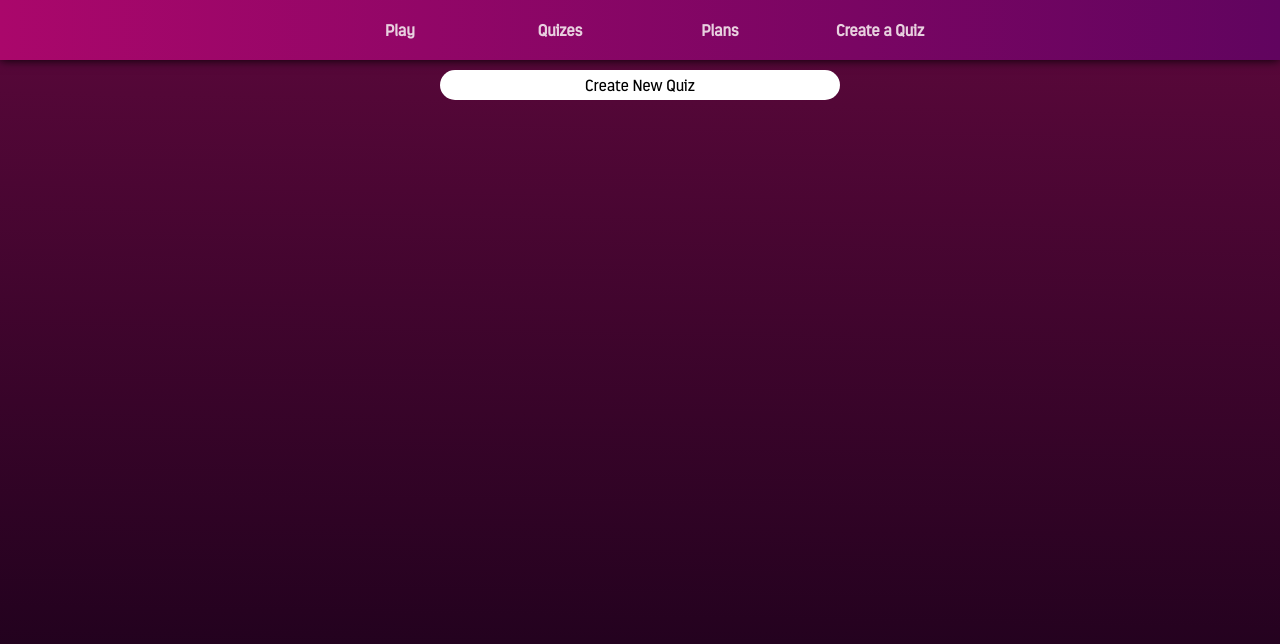
Repository: YoanDimitrov97/quiz-project
Page: /my_quiz (app in quiz_frontend/)
These files come from the project's save history. The page is drawn as it stood at one moment and after the next save; the edit follows.
The browser window is 1280 px wide. The pictures show the whole page.
The project was rebuilt for these pictures with package versions that can differ from the ones it lists, and the page was loaded fresh each time. Also part of the build but not shown: quiz_frontend/src/components/Index/Login.vue, quiz_frontend/src/components/Index/ProfileNav.vue, quiz_frontend/src/components/CreateQuiz/NewQuizQuestion.vue, quiz_frontend/src/components/CreateQuiz.vue, quiz_frontend/src/components/Index/QuizBox.vue, quiz_frontend/src/components/Index/EnterCode.vue, quiz_frontend/src/components/Index.vue, quiz_frontend/src/components/MyQuiz/MyQuizBox.vue.

Above is the page before, as saved 2020-01-16 13:33:15.

### quiz_frontend/public/index.html
<!DOCTYPE html>
<html lang="en">
  <head>
    <meta charset="utf-8">
    <meta http-equiv="X-UA-Compatible" content="IE=edge">
    <meta name="viewport" content="width=device-width,initial-scale=1.0">
    <link rel="icon" href="<%= BASE_URL %>favicon.ico">
    <title>Index</title>
  </head>
  <body>
    <noscript>
      <strong>We're sorry but QuizProj doesn't work properly without JavaScript enabled. Please enable it to continue.</strong>
    </noscript>
    <div id="app"></div>
    <!-- built files will be auto injected -->
  </body>
</html>

### quiz_frontend/src/main.js
import Vue from 'vue'
import App from './App.vue'
import router from './router';
import axios from 'axios';

Vue.config.productionTip = false;
axios.defaults.withCredentials = true; // This remember which session is on User through axios !!

export const bus = new Vue();

new Vue({
  router,
  render: h => h(App),
}).$mount('#app')

### quiz_frontend/src/App.vue
<!-- CREATE QUIZ -->
<template>
  <div id="app">
    <router-view />
  </div>
</template>

<script>
export default {
  name: 'app',
}
</script>

<style lang="scss">
@font-face {
    font-family: Estandar;
    src: url("fonts/Estandar-Regular.ttf");
}

* {
  padding:0;
  margin:0;
  list-style:none;
  text-decoration:none;
  font-family:"Estandar";
  box-sizing:border-box;
}

body {
  overflow:hidden;
}

#app {
  min-height:100vh;
  height:100%;
  background: transparent linear-gradient(1deg, #1C011B 0%, #5D083C 100%) 0% 0% no-repeat padding-box;
}
</style>

### quiz_frontend/src/router.js
import Vue from 'vue'
import Router from 'vue-router'
import CreateQuiz from './components/CreateQuiz.vue'
import Index from './components/Index.vue'
import MyQuiz from './components/MyQuiz.vue'
// import Nav from './components/Nav.vue'

Vue.use(Router)

export default new Router({
    mode: 'history',
    routes: [
        {
            path:'/',
            component: Index
        },
        {
            path:'/my_quiz',
            component: MyQuiz
        },
        {
            path:'/create_quiz.html',
            component:CreateQuiz
        }
    ]
})

### quiz_frontend/src/components/MyQuiz.vue
<template>
    <div class="myQuiz_wrapper">
        <Nav />
        <div class="myQuiz_holder">
            <div class="create_quiz_btn"><p>Create New Quiz</p></div>
            <MyQuizBox :data=myData[data] v-bind:key=data  v-for="data in myData" />
        </div>
    </div>
</template>
<script>
import Nav from "./Nav.vue"
import MyQuizBox from "./MyQuiz/MyQuizBox.vue"
import Axios from 'axios'
import {bus} from "../main.js"
export default {
    name:"MyQuiz",
    components: {
        Nav, MyQuizBox
    },
    data() {
        return {
            userId:null,
            myData: []
        }
    },
    beforeUpdate() {
        bus.$on("userId", (data) => {
           this.userId = data
       })
        Axios.get("http://127.0.0.1:5000/quiz", {
            params: {
                createdBy:this.userId,
            }
        })
        .then(function (res) {
            for(let i = 0; i < res.data.length; i++){
                console.log(res.data[i])
                this.myData.push(res.data[i])
                console.log(this.myData)
            }
        })
        .catch(function (error) {
            console.log(error);
        });
    }
}
</script>
<style lang="scss">
.myQuiz_holder {
    width:70%;
    margin: 0 auto;
    display:grid;
    justify-content:center;
    padding-top:10px;

    .create_quiz_btn {
        width:400px;
        background:#fff;
        border-radius:25px;
        height:30px;
        display:grid;
        align-content:center;
        justify-content:center;
    }
}
</style>

### quiz_frontend/src/components/Nav.vue
<template>
    <div>
        <div class="header">
            <ul class="nav">
                <li><a href="#">Play</a></li>
                <li><a href="#">Quizes</a></li>
                <li><a href="#">Plans</a></li>
                <li><a href="create_quiz.html">Create a Quiz</a></li>
            </ul>
            <ul class="nav_login" v-show="showLogin">
                <div v-if="!isLoggedIn" class="login_section">
                    <li><a v-on:click.prevent="signIn" href="">Login</a></li>
                    <li><a href="">Sign Up</a></li>
                </div>
                <div v-else class="profile_section">
                    <p>Welcome, {{ userName }}</p>
                    <img v-bind:class="[rotateArrow ? 'rotateArrowUp' : 'rotateArrowDown']" v-on:click="openProfileNav" src="~@/assets/images/metro-chevron-thin-down.svg" alt="">
                </div>
            </ul>
        </div>
        <Login v-if="isClicked" @hideLogin="hideLogin" v-bind:isClicked="isClicked" />
        <ProfileNav v-if="profileNavClicked" @logout="logout"/>
    </div>
</template>

<script>
import axios from 'axios';
import Login from './Index/Login.vue';
import ProfileNav from './Index/ProfileNav.vue';
import {bus} from "./../main.js"

export default {
    name: 'Nav',
    components: {
        Login,
        ProfileNav
    },
    data () {
        return {
            profileNavClicked: false,
            showLogin: false,
            isClicked: false,
            isLoggedIn: false,
            rotateArrow: true,
            userName: null,
            userId: null,
        }
    },
    beforeCreate() {
        axios.get(process.env.VUE_APP_URL)
            .then(res => {
                this.showLogin = true;
                this.isLoggedIn = res.data.isLoggedIn;
                this.userName = res.data.userName;
                this.userId = res.data.userId;
                bus.$emit("userId", this.userId)
            }).catch(err => { console.log(err) });
    },
    methods: {
        signIn() {
            if(this.isClicked == false){
                this.isClicked = true;
            }else {
                this.isClicked = false;
            }

        },
        openProfileNav() {
            if(this.profileNavClicked == false){
                this.profileNavClicked = true;
                this.rotateArrow = false;
            } else {
                this.profileNavClicked = false;
                this.rotateArrow = true;
            }

        },
        hideLogin(value) {
            this.isClicked = false;
            this.isLoggedIn = true;
            this.userName = value.username;
        },
        logout(value) {
            this.profileNavClicked = false;
            this.isLoggedIn = value;
        },
    }
}
</script>

<style lang="scss" >
    $nav_color:#E8D0DF;
    $login_size:240px;//size of the Login/Register section
    .header {
        background: transparent linear-gradient(90deg, #AA076B 0%, #61045F 100%) 0% 0% no-repeat padding-box;
        box-shadow: 0px 0px 10px #000000;
        height:60px;
        display:grid;
        grid-template-columns:calc(100% - #{$login_size}) $login_size;

        .nav {
            display:grid;
            grid-template-columns:repeat(4, 160px);
            justify-content:center;
            align-content:center;
            height:100%;
            margin-left:$login_size;//this is the size of the Login/Register on the right of the nav

            li {
                text-align:center;
                a {
                    color:$nav_color;
                    font-weight:700;
                }
            }
        }

        .nav_login {
            height:100%;

            .login_section {
                height:100%;
                display:grid;
                grid-template-columns:50% 50%;
                align-content:center;
                justify-content:center;

                li:first-child {
                    justify-self: center;
                }
                li:nth-child(2){
                    a {
                        background: #0879f2;
                        padding: 7px 15px;
                        border-radius: 5px;
                    }
                }
                li {
                    a {
                        color:$nav_color;
                    }
                }
            }

            .profile_section {
                color:$nav_color;
                height:100%;
                display:grid;
                align-content:center;
                justify-content:center;
                font-size:14px;
                grid-template-columns: 1fr 1fr;

                p {
                    justify-self: end;
                    align-self: center;
                    margin-right: 5px;
                }
                img {
                    width: 20px;
                    justify-self: start;
                    align-self: center;
                    margin-left: 5px;
                }
            }
        }
    }
    .rotateArrowDown {
        transform: rotate(0deg);
    }
    .rotateArrowUp {
        transform: rotate(180deg);
    }
</style>

After the next save:
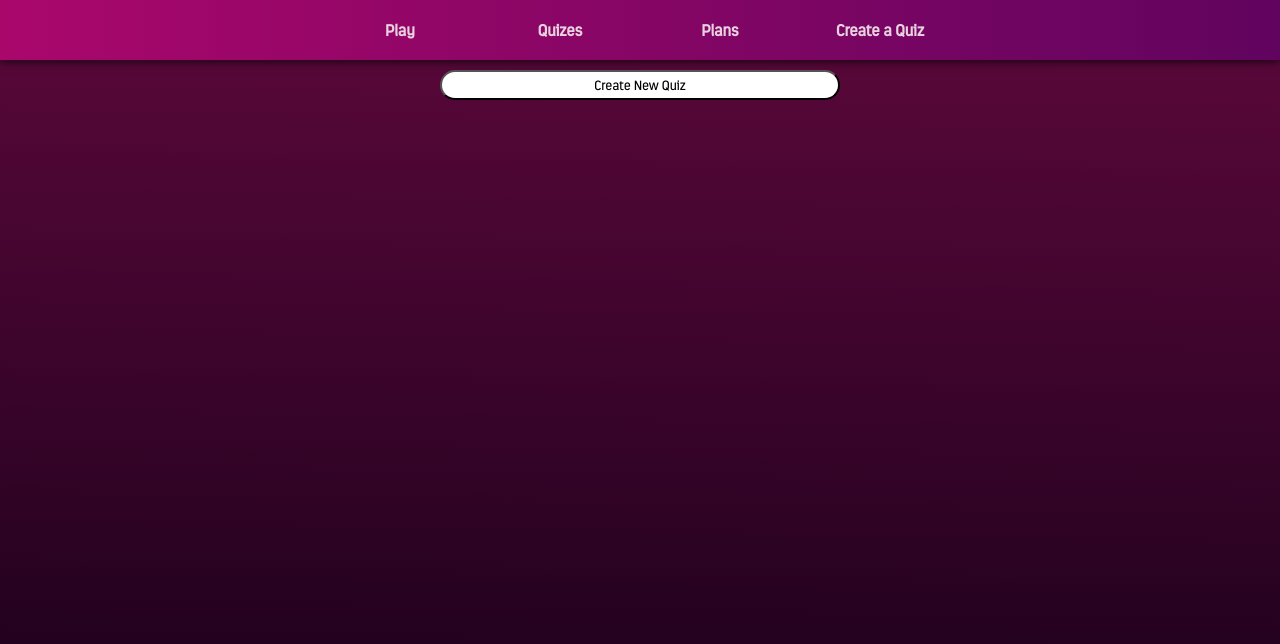
Saved 22 s later.
--- a/quiz_frontend/src/components/MyQuiz.vue
+++ b/quiz_frontend/src/components/MyQuiz.vue
@@ -2,7 +2,7 @@
     <div class="myQuiz_wrapper">
         <Nav />
         <div class="myQuiz_holder">
-            <div class="create_quiz_btn"><p>Create New Quiz</p></div>
+            <button class="create_quiz_btn"><p>Create New Quiz</p></button>
             <MyQuizBox :data=myData[data] v-bind:key=data  v-for="data in myData" />
         </div>
     </div>
